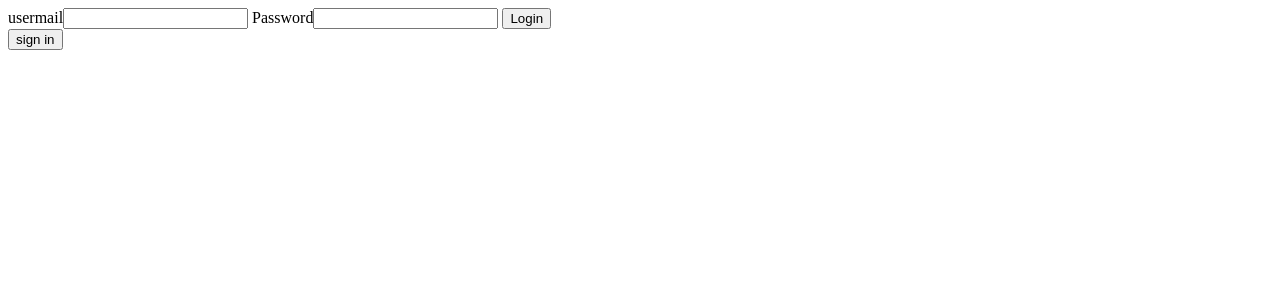
Repository: Strangeryoga/JSHS
Page: Servlet2/Form/src/main/webapp/new1.html
An editor plug-in stored every save of this project. The page is shown before and after the next save, followed by the edit.
The browser window is 1280 px wide. The pictures show the whole page.

Above is the page before, as saved 2023-06-07 18:59:28.

After the next save:
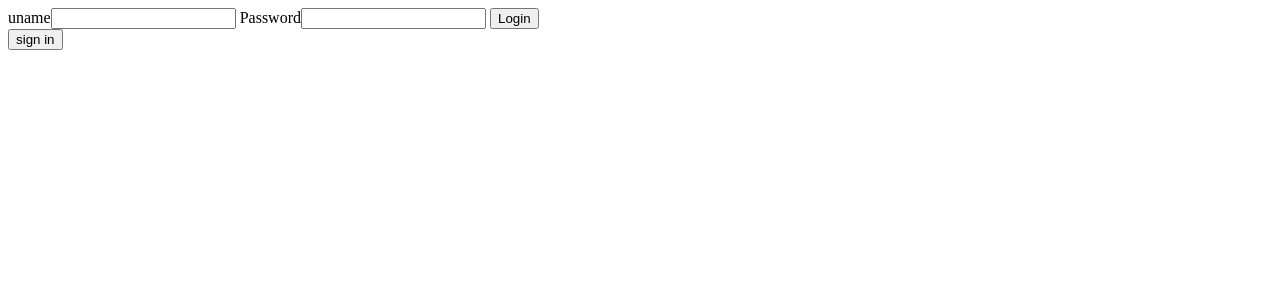
Saved 3 min 43 s later.
--- a/Servlet2/Form/src/main/webapp/new1.html
+++ b/Servlet2/Form/src/main/webapp/new1.html
@@ -8,8 +8,8 @@
 
 <form action="lu" method="get">
 
-usermail<input type="email" name="un">
-Password<input type="text" name="ps">
+uname<input type="text" name="un">
+Password<input type="password" name="ps">
 <button>Login</button>
 
 
